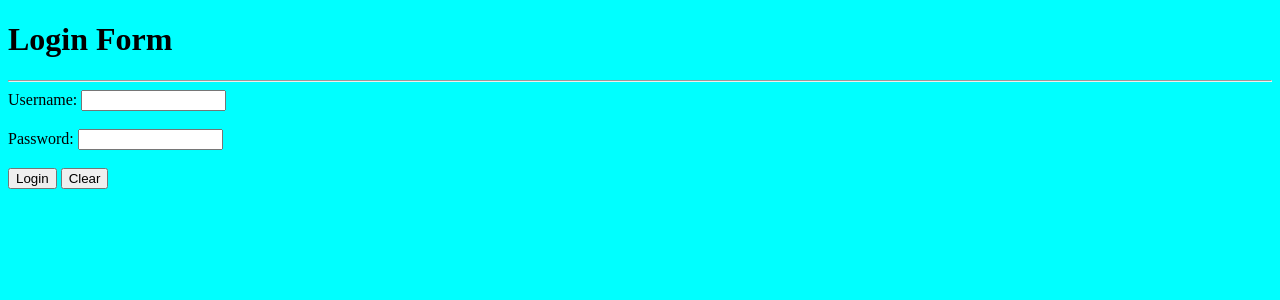
Repository: KAVYADINDI/Day10
Page: LoginApp/WebContent/Login.html
An editor plug-in stored every save of this project. The page is shown before and after the next save, followed by the edit.
The browser window is 1280 px wide. The pictures show the whole page.

Above is the page before, as saved 2018-09-05 10:10:03.

After the next save:
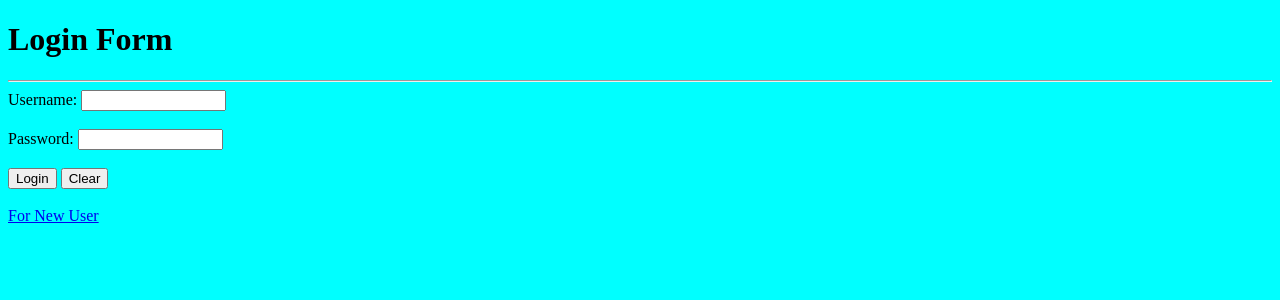
Saved 3 min 41 s later.
--- a/LoginApp/WebContent/Login.html
+++ b/LoginApp/WebContent/Login.html
@@ -17,6 +17,8 @@
 			<br> <br>
 			<input type="submit" value="Login" />
 			<input type="reset" value="Clear" />
+			<br><br>
+			<a href="registration.html">For New User</a>
  	</form>
 </body>
 </html>
